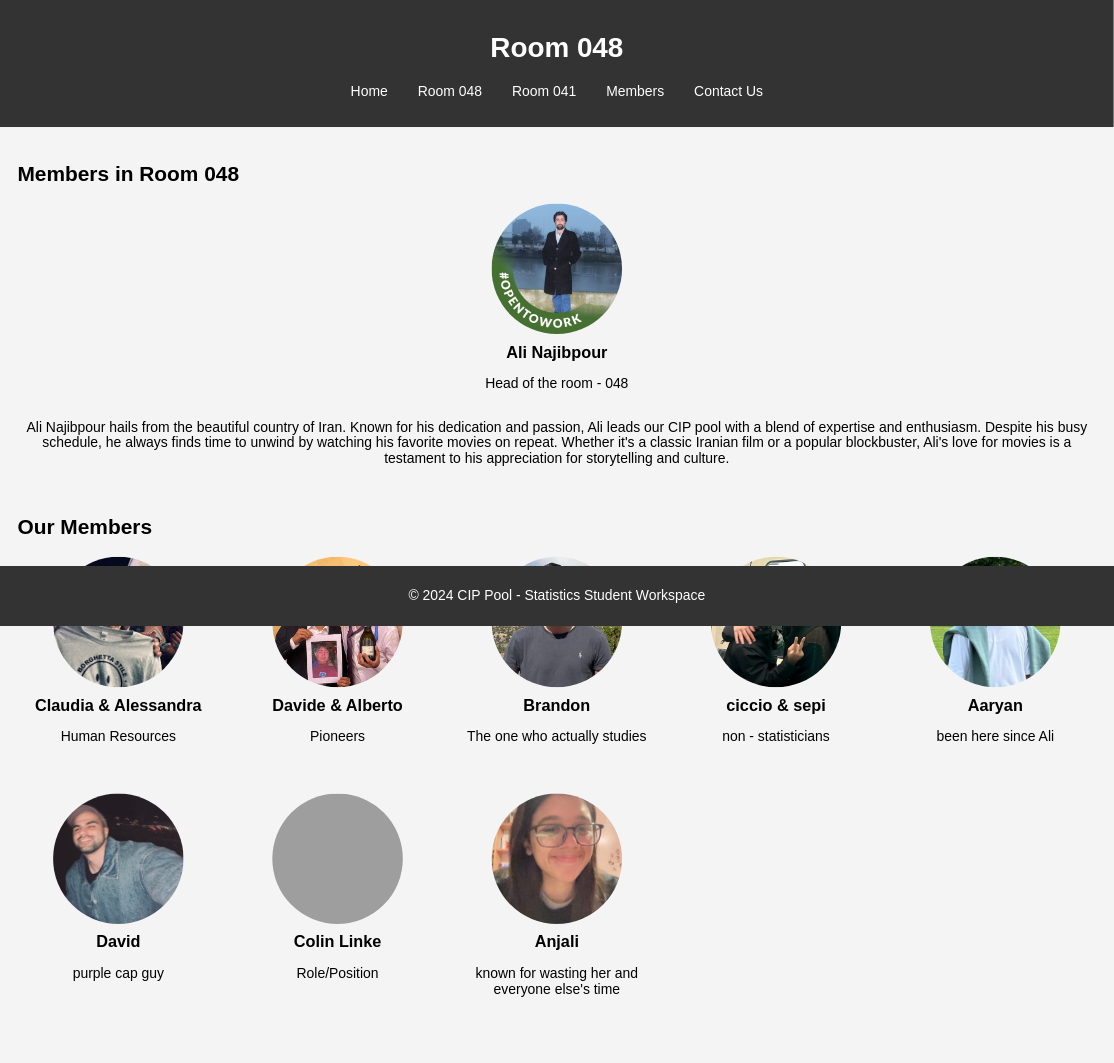
Repository: anjalisarawgi/cip_website
Page: room_048.html
These files come from the project's save history. The page is drawn as it stood at one moment and after the next save; the edit follows.
The browser window is 1280 px wide. The pictures show the whole page, at 87% of full size.
Pictures or frames that could not be fetched are drawn as grey boxes.

Above is the page before, as saved 2024-06-14 14:11:24.

After the next save:
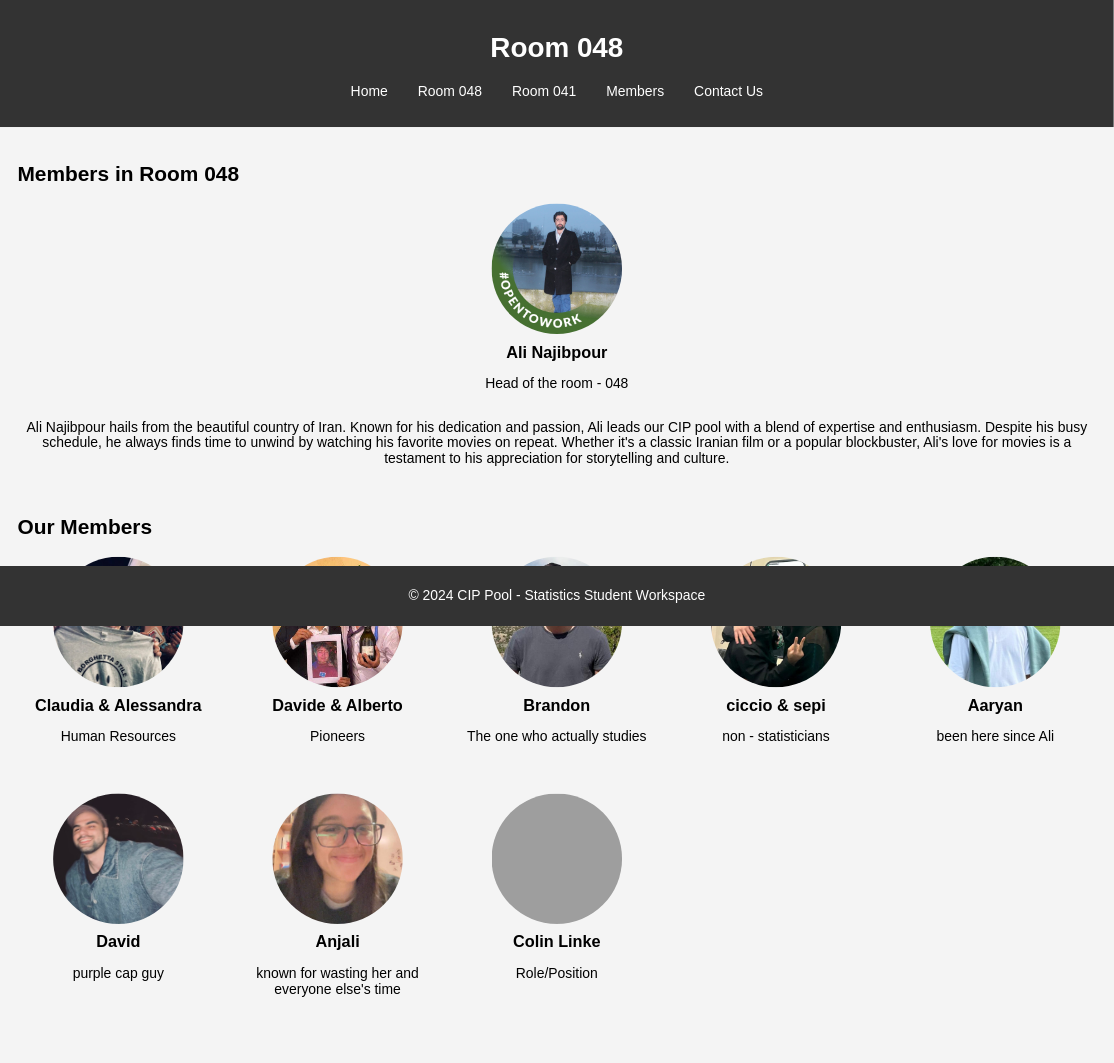
Saved 18 s later.
--- a/room_048.html
+++ b/room_048.html
@@ -80,17 +80,17 @@
                     </div>
                 </div>
                 <div class="member">
+                    <img src="images/anjali.jpeg" alt="anjali" class="member-photo">
+                    <div class="member-info">
+                        <h3>Anjali</h3>
+                        <p>known for wasting her and everyone else's time</p>
+                    </div>
+                </div>
+                <div class="member">
                     <img src="images/member5.jpeg" alt="Member 5" class="member-photo">
                     <div class="member-info">
                         <h3>Colin Linke</h3>
                         <p>Role/Position</p>
-                    </div>
-                </div>
-                <div class="member">
-                    <img src="images/anjali.jpeg" alt="anjali" class="member-photo">
-                    <div class="member-info">
-                        <h3>Anjali</h3>
-                        <p>known for wasting her and everyone else's time</p>
                     </div>
                 </div>
             </div>
